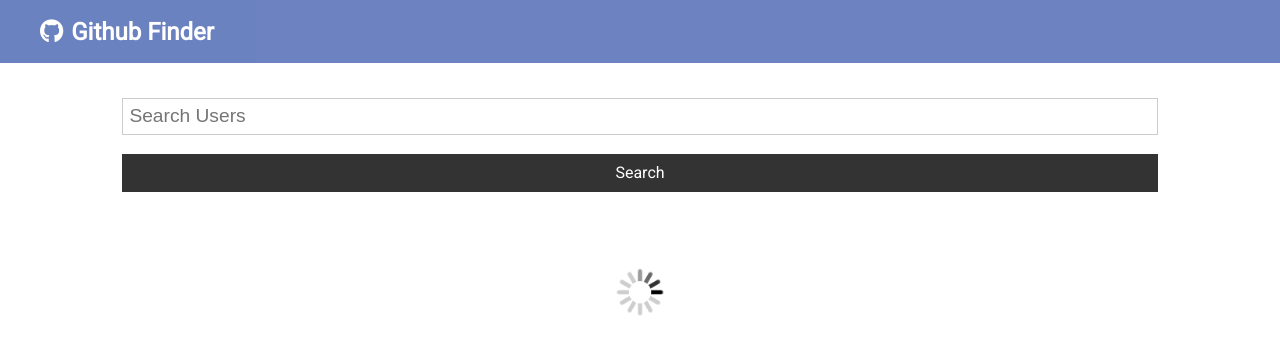
Repository: nuvallo/Github-Finder-Application
Page: / (app in app/)
These files come from the project's save history. The page is drawn as it stood at one moment and after the next save; the edit follows.
The browser window is 1280 px wide. The pictures show the whole page.
The page's requests for data from a server got no answer. Some web libraries are served in a nearby version. The project was rebuilt for these pictures with package versions that can differ from the ones it lists, and the page was loaded fresh each time. No one was signed in, and anything a server would have sent is missing. Also part of the build but not shown: app/src/components/users/UserItem.js.

Above is the page before, as saved 2020-03-19 21:24:56.

After the next save:
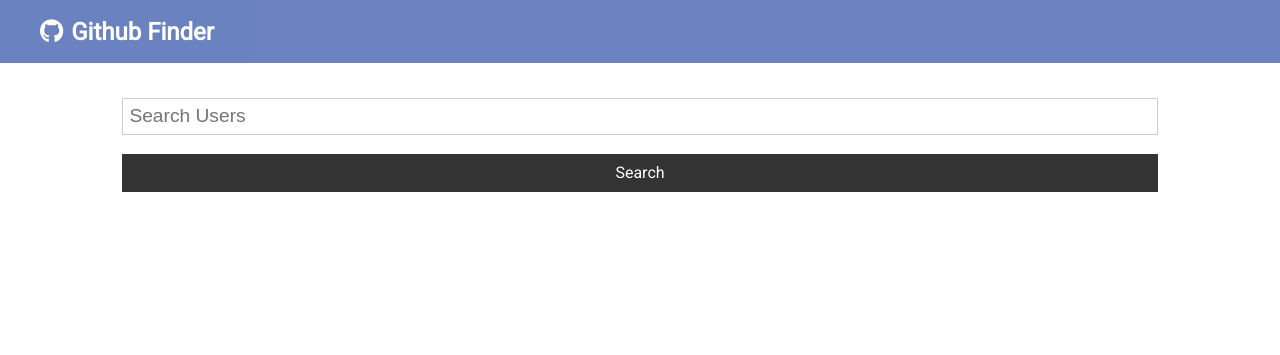
Saved 3 min 58 s later.
--- a/app/src/App.js
+++ b/app/src/App.js
@@ -11,15 +11,15 @@ class App extends Component {
     loading: false
   };
 
-  async componentDidMount() {
-    console.log(process.env.REACT_APP_GITHUB_CLIENT_ID);
-    this.setState({ loading: true });
-    const res = await axios.get(
-      `https://api.github.com/users?client_id=${process.env.REACT_APP_GITHUB_CLIENT_ID}&client_secret=${process.env.REACT_APP_GITHUB_SECRET}`
-    );
+  // async componentDidMount() {
+  //   console.log(process.env.REACT_APP_GITHUB_CLIENT_ID);
+  //   this.setState({ loading: true });
+  //   const res = await axios.get(
+  //     `https://api.github.com/users?client_id=${process.env.REACT_APP_GITHUB_CLIENT_ID}&client_secret=${process.env.REACT_APP_GITHUB_SECRET}`
+  //   );
 
-    this.setState({ users: res.data, loading: false });
-  }
+  //   this.setState({ users: res.data, loading: false });
+  // }
 
   // Search Users
   searchUsers = async text => {
